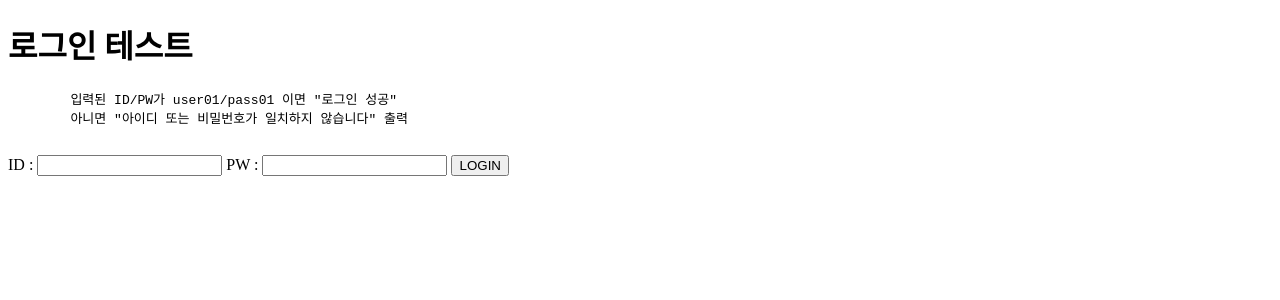
Repository: seungjoo1217/05_Server
Page: JSPProject1/src/main/webapp/index.html
An editor plug-in stored every save of this project. The page is shown before and after the next save, followed by the edit.
The browser window is 1280 px wide. The pictures show the whole page.

Above is the page before, as saved 2024-03-22 01:08:01.

### JSPProject1/src/main/webapp/index.html
<!DOCTYPE html>
<html lang="en">
<head>
    <meta charset="UTF-8">
    <meta name="viewport" content="width=device-width, initial-scale=1.0">
    <title>JSP Project1</title>
</head>
<body>
    <h1>로그인 테스트</h1>

    <pre>
        입력된 ID/PW가 user01/pass01 이면 "로그인 성공"
        아니면 "아이디 또는 비밀번호가 일치하지 않습니다" 출력
    </pre>

    <form action="/login" method="post">
        ID : <input type="text" name="id">
        PW : <input type="password" name="pw">
        <button>LOGIN</button>
    </form>
</body>
</html>

After the next save:
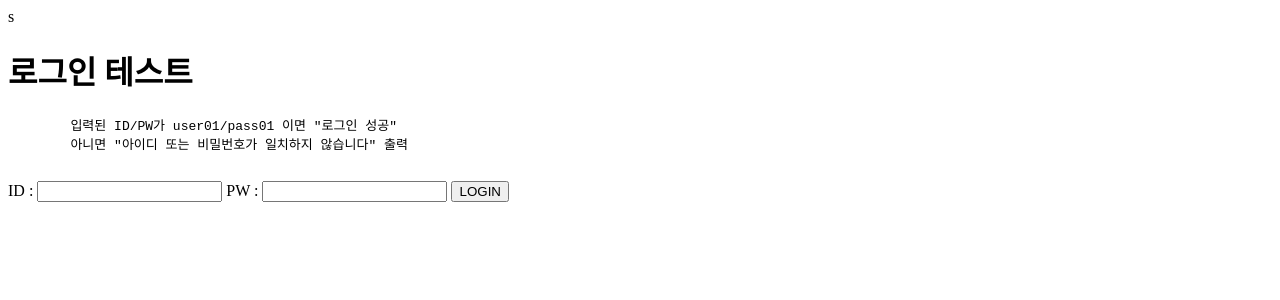
Saved 2 min 55 s later.
--- a/JSPProject1/src/main/webapp/index.html
+++ b/JSPProject1/src/main/webapp/index.html
@@ -1,4 +1,4 @@
-<!DOCTYPE html>
+s<!DOCTYPE html>
 <html lang="en">
 <head>
     <meta charset="UTF-8">

After the save that followed:
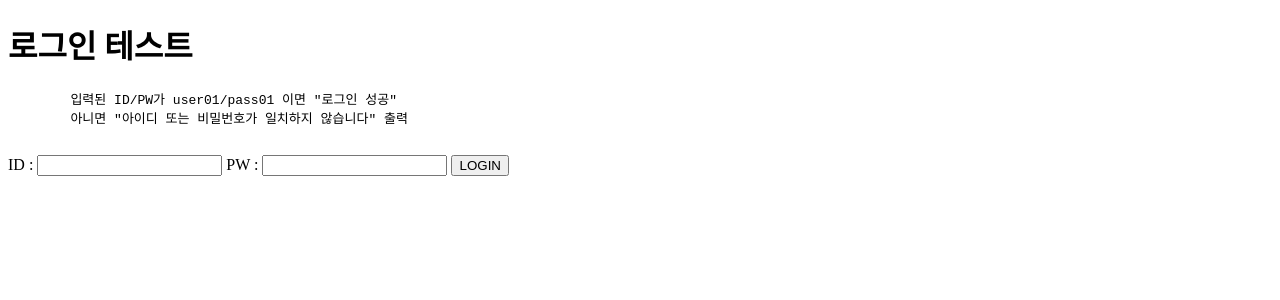
Saved 2 min 1 s later.
--- a/JSPProject1/src/main/webapp/index.html
+++ b/JSPProject1/src/main/webapp/index.html
@@ -1,4 +1,4 @@
-s<!DOCTYPE html>
+<!DOCTYPE html>
 <html lang="en">
 <head>
     <meta charset="UTF-8">
